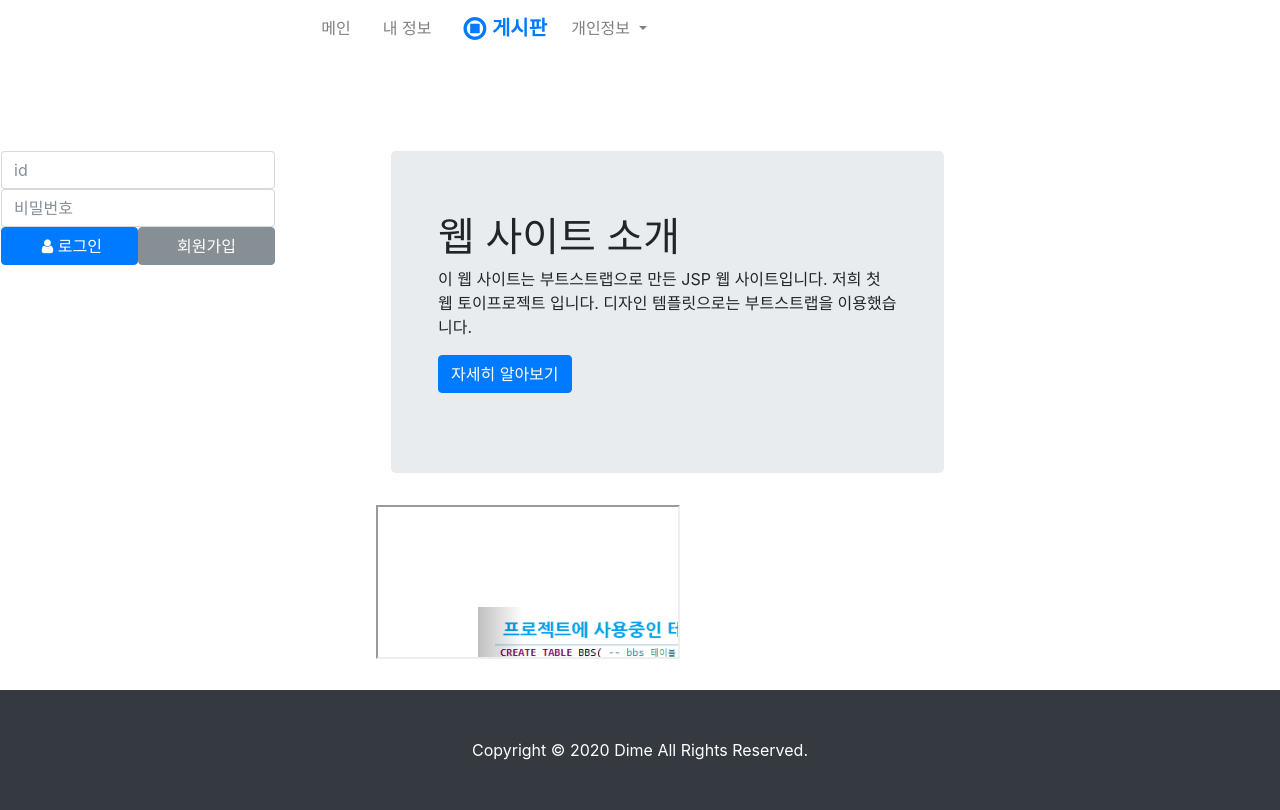
Repository: elecdime/jspboard
Page: http://localhost/BBS/projectbbs/Main.jsp
An editor plug-in stored every save of this project. The page is shown before and after the next save, followed by the edit.
The browser window is 1280 px wide. The pictures show the whole page.
Some web libraries are served in a nearby version. The page is served by Tomcat 9. Other server files are loaded and not shown.

Above is the page before, as saved 2020-07-08 13:39:07.

### dime/project Web/BBS/WebContent/projectbbs/Main.jsp
<%@ page language="java" contentType="text/html; charset=UTF-8"
    pageEncoding="UTF-8"%>
<!doctype html>
<head>
   <!-- Required meta tags -->
  <meta charset="utf-8">
  <meta name="viewport" content="width=device-width, initial-scale=1, shrink-to-fit=no">
<meta http-equiv="Content-Type" content="text/html; charset=UTF-8" />
  <!-- Bootstrap CSS -->
  <link rel="stylesheet" href="https://maxcdn.bootstrapcdn.com/bootstrap/4.0.0-beta/css/bootstrap.min.css" integrity="sha384-/Y6pD6FV/Vv2HJnA6t+vslU6fwYXjCFtcEpHbNJ0lyAFsXTsjBbfaDjzALeQsN6M" crossorigin="anonymous">
<link rel="stylesheet" href="coustom.css">
<title>게시판 연습</title>
  </head>
  <body>


        <div id="TOP" style="width:960px;height:150px;">
            <%@ include file="Top.jsp" %>
        </div>

        <table width="960px">
            <tr>
                <td width="160" valign="top">
                    <%@ include file="left.jsp" %>
                </td>
                <td width="800" valign="#" style="padding-left: 100px">
                    <table width="100%" height="475" cellpadding="0" cellspacing="0" id="tables">
                        <tr >
                            <td border="3px">

                                 <div class="container">
        <div class="jumbotron">
            <div class="container">
                <h1>웹 사이트 소개</h1>
                <p>이 웹 사이트는 부트스트랩으로 만든 JSP 웹 사이트입니다.  저희 첫 웹 토이프로젝트 입니다. 디자인 템플릿으로는 부트스트랩을 이용했습니다.</p>
                <p><a class="btn btn-primary btn-pull" href="profile.jsp" role="button" target="_blank">자세히 알아보기</a></p>

            </div>
        </div>
    </div>

                    <iframe src="profile.jsp"></iframe>




                            </td>
                        </tr>

                    </table>
                </td>
            </tr>

        </table>
    <footer id = "bottom">
    <%@ include file="bottom.jsp" %>
</footer>














 <script src="https://code.jquery.com/jquery-3.2.1.slim.min.js" integrity="sha384-KJ3o2DKtIkvYIK3UENzmM7KCkRr/rE9/Qpg6aAZGJwFDMVNA/GpGFF93hXpG5KkN" crossorigin="anonymous"></script>
  <script src="https://cdnjs.cloudflare.com/ajax/libs/popper.js/1.11.0/umd/popper.min.js" integrity="sha384-b/U6ypiBEHpOf/4+1nzFpr53nxSS+GLCkfwBdFNTxtclqqenISfwAzpKaMNFNmj4" crossorigin="anonymous"></script>
  <script src="https://maxcdn.bootstrapcdn.com/bootstrap/4.0.0-beta/js/bootstrap.min.js" integrity="sha384-h0AbiXch4ZDo7tp9hKZ4TsHbi047NrKGLO3SEJAg45jXxnGIfYzk4Si90RDIqNm1" crossorigin="anonymous"></script>
  </body>
</html>

### dime/project Web/BBS/WebContent/projectbbs/Top.jsp
<%@ page language="java" contentType="text/html; charset=UTF-8"
    pageEncoding="UTF-8"%>
    <html>
    <head>

 <link rel="stylesheet" href="https://cdnjs.cloudflare.com/ajax/libs/font-awesome/4.7.0/css/font-awesome.min.css" type="text/css">
 </head>
  <nav class="navbar navbar-expand-md navbar-light">
    <div class="container justify-content-center"> <button class="navbar-toggler navbar-toggler-right border-0" type="button" data-toggle="collapse" data-target="#navbar3">
        <span class="navbar-toggler-icon"></span>
      </button>
      <div class="collapse navbar-collapse text-center justify-content-center" id="navbar3">
        <ul class="navbar-nav">
          <li class="nav-item mx-2"> <a class="nav-link" href="Main.jsp">메인</a> </li>
          <li class="nav-item mx-2"> <a class="nav-link" href="info.jsp">내 정보</a> </li>
          <li class="nav-item mx-2"> <a class="nav-link navbar-brand mr-0 text-primary" href="bbs.jsp"><i class="fa d-inline fa-lg fa-stop-circle-o"></i>
              <b> 게시판 </b></a> </li>

               <li class="nav-item dropdown">
          <a class="nav-link dropdown-toggle" href="#" id="navbarDropdownMenuLink" data-toggle="dropdown" aria-haspopup="true" aria-expanded="false">
  개인정보
        </a>
        <div class="dropdown-menu" aria-labelledby="navbarDropdownMenuLink">
          <a class="dropdown-item" href="left.jsp">로그인</a>
          <a class="dropdown-item" href="register.jsp">회원가입</a>

        </div>
        </li>
      </div>
    </div>
  </nav>
  <div class="py-5">
    <div class="container">
      <div class="row">
        <div class="col-md-12"></div>
      </div>
    </div>
  </div>

</html>

### dime/project Web/BBS/WebContent/projectbbs/left.jsp
<%@ page language="java" contentType="text/html; charset=UTF-8"
    pageEncoding="UTF-8"%>
<%@ page import = "java.sql.*" %>

    <html>
    <head>
 <meta http-equiv="Content-Type" content="text/html; charset=UTF-8" />
 <link rel="stylesheet" href="https://cdnjs.cloudflare.com/ajax/libs/font-awesome/4.7.0/css/font-awesome.min.css" type="text/css">
 </head>



 <%  if(session.getAttribute("id")==null){ //세션이 설정되지 않을 경우 참조  %>



<form class="form-inline" action="login.jsp" method="get">
            <div class="form-group">
              <input type="text" class="form-control" name ="id" id="id" placeholder="id"> </div>
            <div class="form-group form-row">
              <div class="col-sm-10"><input type="password" class="form-control " name = "pw" id="pw" placeholder="비밀번호"></div>
            </div>
            <button class="btn btn-primary align-items-center col-sm-6" ><i class="fa fa-user fa-fw"></i>로그인</button>
            <a class="btn btn-secondary col-sm-6" href="register.jsp" style=""></i> 회원가입 </a>
          </form><% }else{ %>
<form method="post" action="logout.jsp">
	<%=session.getAttribute("id") %>님 환영합니다~

	<input type="submit" value="로그아웃" />
</form>
<button onClick="location.href='info.jsp'"> 개인정보 변경</button>
<% if(session.getAttribute("id").equals("admin")){
	%>

	<button onClick="location.href='#'"> 관리자 페이지</button>

<%} %>

<% } %>

### dime/project Web/BBS/WebContent/projectbbs/bottom.jsp


<%@ page language="java" contentType="text/html; charset=UTF-8"
    pageEncoding="UTF-8"
    import="java.sql.*"%>
<%
    request.setCharacterEncoding("utf-8");
%>
<!DOCTYPE html PUBLIC "-//W3C//DTD HTML 4.01 Transitional//EN" "http://www.w3.org/TR/html4/loose.dtd">
<html>
<head>
<meta http-equiv="Content-Type" content="text/html; charset=utf-8">

<body>
<footer class="bg-dark mt-4 p-5 text-center" style="color:#FFFFFF;">


Copyright &copy; 2020 Dime All Rights Reserved.<br>

</footer>
</body>
</html>

### dime/project Web/BBS/WebContent/error/404code.jsp
<%@ page language="java" contentType="text/html; charset=UTF-8"
    pageEncoding="UTF-8"%>
    <%response.setStatus(HttpServletResponse.SC_OK); %>
<!DOCTYPE html>
<html>
<head>
<meta charset="UTF-8">
<title>404 오류발생</title>
</head>
<body>
요청하신페이지가없습니다.
</body>
</html>

### dime/project Web/BBS/WebContent/projectbbs/profile.jsp
<!DOCTYPE html>
<html>
<head>
<title>title</title>
<!-- Bootstrap cdn 설정 -->
<link rel="stylesheet" href="https://stackpath.bootstrapcdn.com/bootstrap/3.4.1/css/bootstrap.min.css">
<link rel="stylesheet" href="https://stackpath.bootstrapcdn.com/bootstrap/3.4.1/css/bootstrap-theme.min.css">
<link rel="stylesheet" href="https://stackpath.bootstrapcdn.com/font-awesome/4.7.0/css/font-awesome.min.css">
<script src="https://code.jquery.com/jquery-3.4.1.min.js"></script>
<script src="https://stackpath.bootstrapcdn.com/bootstrap/3.4.1/js/bootstrap.min.js"></script>
</head>
<body>
<!-- carousel를 구성할 영역 설정 -->
<div style="width: 300px;margin: 100px;">
<!-- carousel를 사용하기 위해서는 class에 carousel와 slide 설정한다. -->
<!-- carousel는 특이하게 id를 설정해야 한다.-->
<div id="carousel-example-generic" class="carousel slide" >
<!-- carousel의 지시자 -->
<!-- 지시자라고는 하는데 ol태그의 class에 carousel-indicators를 넣는다. -->
<ol class="carousel-indicators">
<!-- li는 이미지 개수만큼 추가하고 data-target은 carousel id를 가르킨다. -->
<!-- data-slide-to는 순서대로 0부터 올라가고 0은 active를 설정한다. -->
<!-- 딱히 이 부분은 옵션별로 설정하게 없다. -->
<li data-target="#carousel-example-generic" data-slide-to="0" class="active"></li>
<li data-target="#carousel-example-generic" data-slide-to="1"></li>
</ol>
<!-- 실제 이미지 아이템 -->
<!-- class는 carousel-inner로 설정하고 role은 listbox에서 설정한다. -->
<div class="carousel-inner" role="listbox">
<!-- 이미지의 개수만큼 item을 만든다. 중요한 포인트는 carousel-indicators의 li 태그 개수와 item의 개수는 일치해야 한다. -->
<div class="item active">
<!-- 아미지 설정- -->
<img src="1.PNG" style="width:100%">
<!-- 캡션 설정 (생략 가능) -->
<!-- 글자 색은 검은색 -->
<div class="carousel-caption" style="color:black;">

</div>
</div>
<div class="item">
<img src="b.PNG" style="width:100%">
<div class="carousel-caption" style="color:black;">

</div>
</div>
</div>
<!-- 왼쪽 화살표 버튼 -->
<!-- href는 carousel의 id를 가르킨다. -->
<a class="left carousel-control" href="#carousel-example-generic" role="button" data-slide="prev">
<!-- 왼쪽 화살표 -->
<span class="glyphicon glyphicon-chevron-left" aria-hidden="true"></span>
</a>
<!-- 오른쪽 화살표 버튼 -->
<!-- href는 carousel의 id를 가르킨다. -->
<a class="right carousel-control" href="#carousel-example-generic" role="button" data-slide="next">
<!-- 오른쪽 화살표 -->
<span class="glyphicon glyphicon-chevron-right" aria-hidden="true"></span>
</a>
</div>
</div>
<script>
$(function(){
// 이미지 슬라이드 컨트롤를 사용하기 위해서는 carousel를 실행해야한다.
$('#carousel-example-generic').carousel({
// 슬리아딩 자동 순환 지연 시간
// false면 자동 순환하지 않는다.
interval: 1000,
// hover를 설정하면 마우스를 가져대면 자동 순환이 멈춘다.
pause: "hover",
// 순환 설정, true면 1 -> 2가면 다시 1로 돌아가서 반복
wrap: true,
// 키보드 이벤트 설정 여부(?)
keyboard : true
});
});
</script>
</body>
</html>

After the next save:
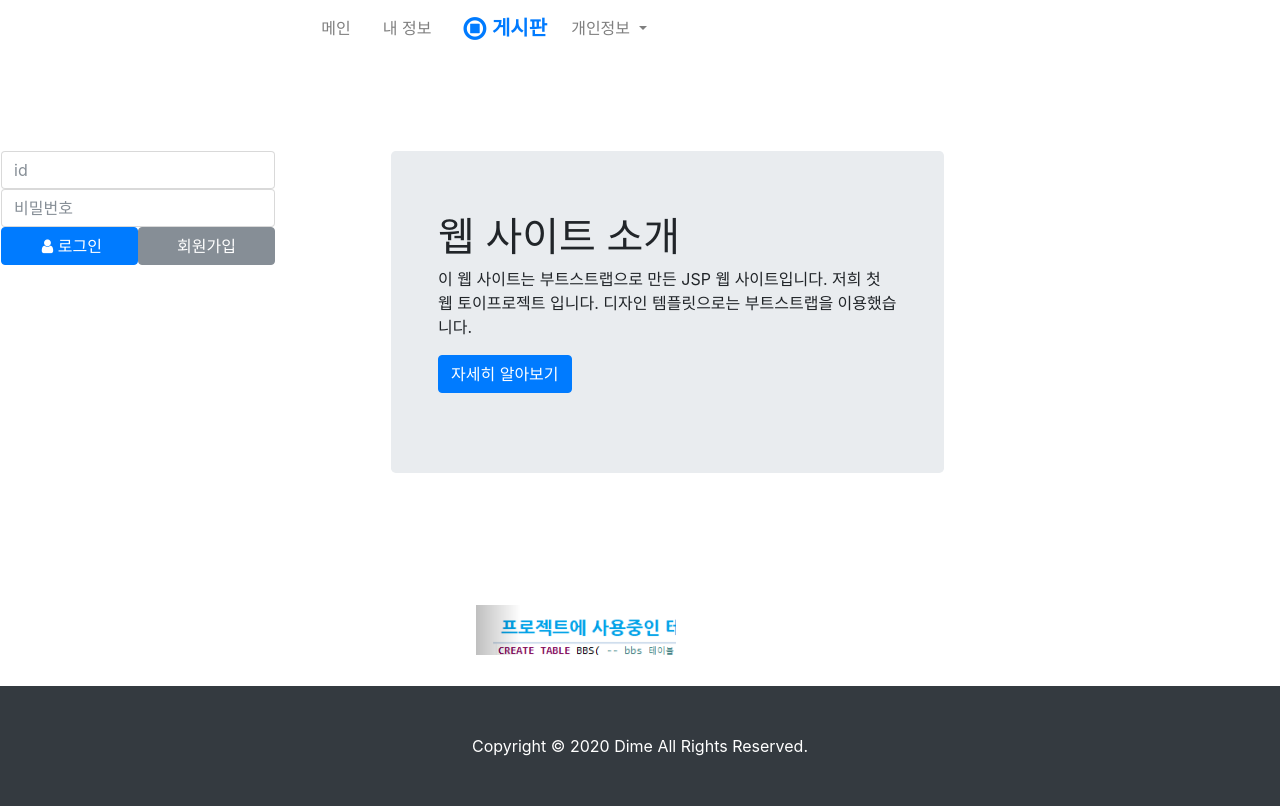
Saved 87 s later.
--- a/dime/project Web/BBS/WebContent/projectbbs/Main.jsp
+++ b/dime/project Web/BBS/WebContent/projectbbs/Main.jsp
@@ -39,7 +39,7 @@
         </div>
     </div>
 
-                    <iframe src="profile.jsp"></iframe>
+                    <iframe src="profile.jsp"  frameborder = "0"></iframe>
 
 
 
